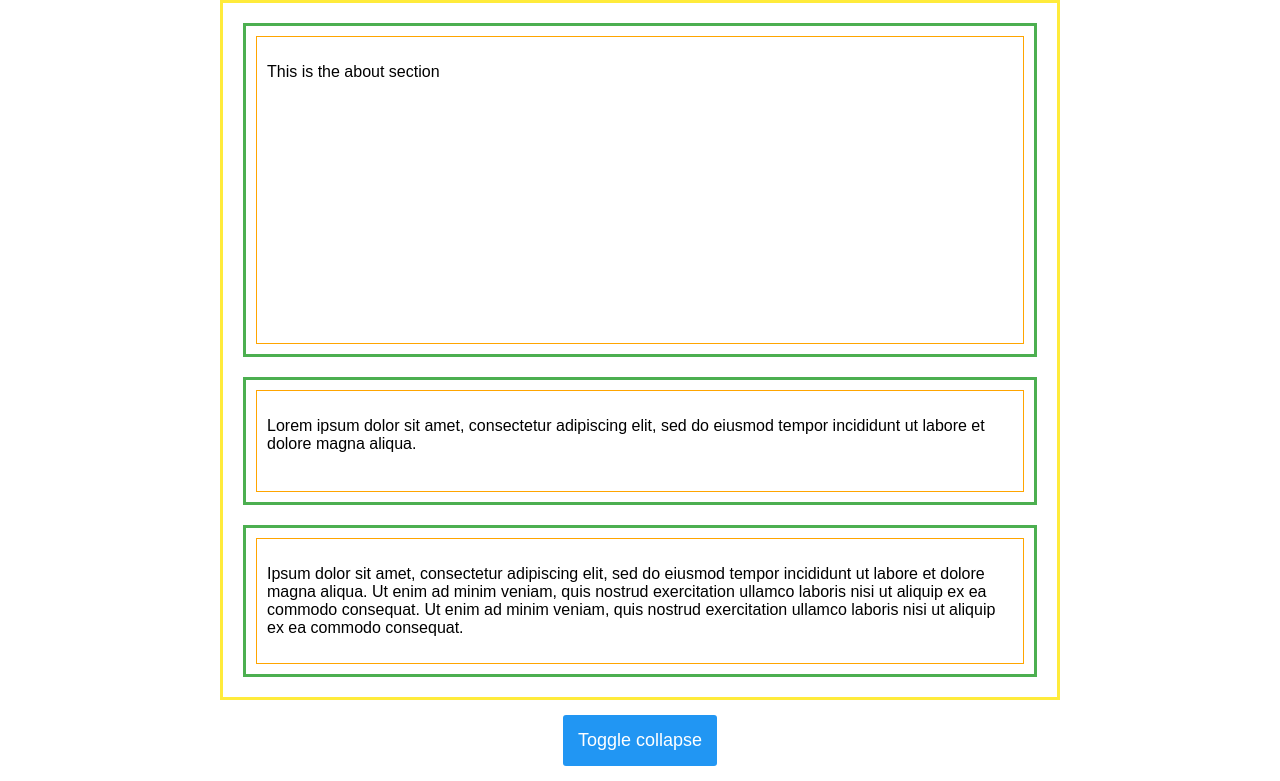
Repository: dsbarnes/groovy-blog
Page: index.html
An editor plug-in stored every save of this project. The page is shown before and after the next save, followed by the edit.
The browser window is 1280 px wide. The pictures show the whole page.
The style sheet was rebuilt from its Sass, Less or Tailwind sources for each picture, by a compiler version that may differ from the author's.

Above is the page before, as saved 2020-05-08 23:50:32.

### index.html
<!DOCTYPE html>
<html lang="en">

<head>
    <meta charset="UTF-8">
    <meta name="viewport" content="width=device-width, initial-scale=1.0">
    <title>Document</title>
    <link rel="stylesheet" href="./CSS/style.css">
</head>

<body>

    <div class="container">
        <!-- Section one -->
        <div class="section-one">
            <div class='double-border'>
                <div id='about-section-text'>
                    <p>This is the about section</p>
                </div>

                <div id='articles-section-text'>
                    <p>Lorem ipsum dolor sit amet, consectetur adipiscing elit,
                        sed do eiusmod tempor incididunt ut labore et dolore magna aliqua.
                        Ut enim ad minim veniam, quis nostrud exercitation ullamco laboris
                        nisi ut aliquip ex ea commodo consequat.</p>
                    <p>Lorem ipsum dolor sit amet, consectetur adipiscing elit,
                        sed do eiusmod tempor incididunt ut labore et dolore magna aliqua.
                        Ut enim ad minim veniam, quis nostrud exercitation ullamco laboris
                        nisi ut aliquip ex ea commodo consequat.</p>
                    <p>Lorem ipsum dolor sit amet, consectetur adipiscing elit,
                        sed do eiusmod tempor incididunt ut labore et dolore magna aliqua.
                        Ut enim ad minim veniam, quis nostrud exercitation ullamco laboris
                        nisi ut aliquip ex ea commodo consequat.</p>
                    <p>Lorem ipsum dolor sit amet, consectetur adipiscing elit,
                        sed do eiusmod tempor incididunt ut labore et dolore magna aliqua.
                        Ut enim ad minim veniam, quis nostrud exercitation ullamco laboris
                        nisi ut aliquip ex ea commodo consequat.</p>
                    <p>Lorem ipsum dolor sit amet, consectetur adipiscing elit,
                        sed do eiusmod tempor incididunt ut labore et dolore magna aliqua.
                        Ut enim ad minim veniam, quis nostrud exercitation ullamco laboris
                        nisi ut aliquip ex ea commodo consequat.</p>
                    <p>Lorem ipsum dolor sit amet, consectetur adipiscing elit,
                        sed do eiusmod tempor incididunt ut labore et dolore magna aliqua.
                        Ut enim ad minim veniam, quis nostrud exercitation ullamco laboris
                        nisi ut aliquip ex ea commodo consequat.</p>
                </div>

            </div>
        </div>

        <!-- Section two -->
        <div class="section-two collapsible">
            <div class='double-border collapsible'>
                <p>Lorem ipsum dolor sit amet, consectetur adipiscing elit, sed do eiusmod tempor incididunt ut labore
                    et
                    dolore
                    magna aliqua.</p>
            </div>
        </div>

        <!-- Section three -->
        <div class="section-three">
            <div class="double-border">
                <p>Ipsum dolor sit amet, consectetur adipiscing elit, sed do eiusmod tempor incididunt ut labore et
                    dolore
                    magna
                    aliqua. Ut enim ad minim veniam, quis nostrud exercitation ullamco laboris nisi ut aliquip ex ea
                    commodo
                    consequat. Ut enim ad minim veniam, quis nostrud exercitation ullamco laboris nisi ut aliquip ex ea
                    commodo
                    consequat.</p>
            </div>
        </div>

    </div><!-- container -->

    <button id="toggle-button">Toggle collapse</button>

    <script src="index.js"></script>
</body>

</html>

### index.js
// Look ma, [very little] Javascript!
document.querySelector('#toggle-button')
    .addEventListener('click',
        function () {
            document.querySelector('.section-two.collapsible')
                .classList.toggle('collapsed');
            document.querySelector('.double-border.collapsible')
                .classList.toggle('collapsed')
        });

### style.scss
// This stuff matters!
.container {
  display:flex;
  flex-direction:column;
  justify-content:flex-start;
  // sadly, we're required to set at least the container height explicitly
  height:700px;
}
.section-one {
  flex:3;
  border:3px solid #4CAF50;
  margin: 10px;
  padding: 10px;
  overflow: hidden;
  .double-border{ overflow: scroll; }
  #articles-section-text{ display: none; }
  // transition: all 0.6s ease;
}
.section-two {
  // note that we're transitioning flex, not height!
  transition:all 0.6s ease;
  transition-property: flex, border, margin, padding;
  border: 3px solid #4CAF50;
  margin: 10px;
  padding: 10px;
  flex: 1;
}
.section-two.collapsed {
  flex: 0;
  border: 0px solid white;
  margin: 0 200px;
  padding: 0 400px;
}
.section-one.collapsed{
  #about-section-text {display: none; }
  #articles-section-text{ display: static; }
}
.section-three{
  margin: 10px;
  padding: 10px;
  border:3px solid #4CAF50;
}
.double-border{
  border: 1px solid orange;
  height: 100%;
  p{padding: 10px;}
}
.double-border.collapsed {
  border: 1px solid white;
}


// This stuff doesn't matter!
* {
  box-sizing:border-box;
}
body {
  margin:0;
  font-family:arial;
}
.container {
  border: 3px solid #FFEB3B;
  margin:0 auto;
  max-width:840px;
  padding: 10px;
}
button {
  display:block;
  font-size:18px;
  border:none;
  border-radius:3px;
  background:#2196F3;
  color:white;
  margin:15px auto;
  padding:15px;
}

After the next save:
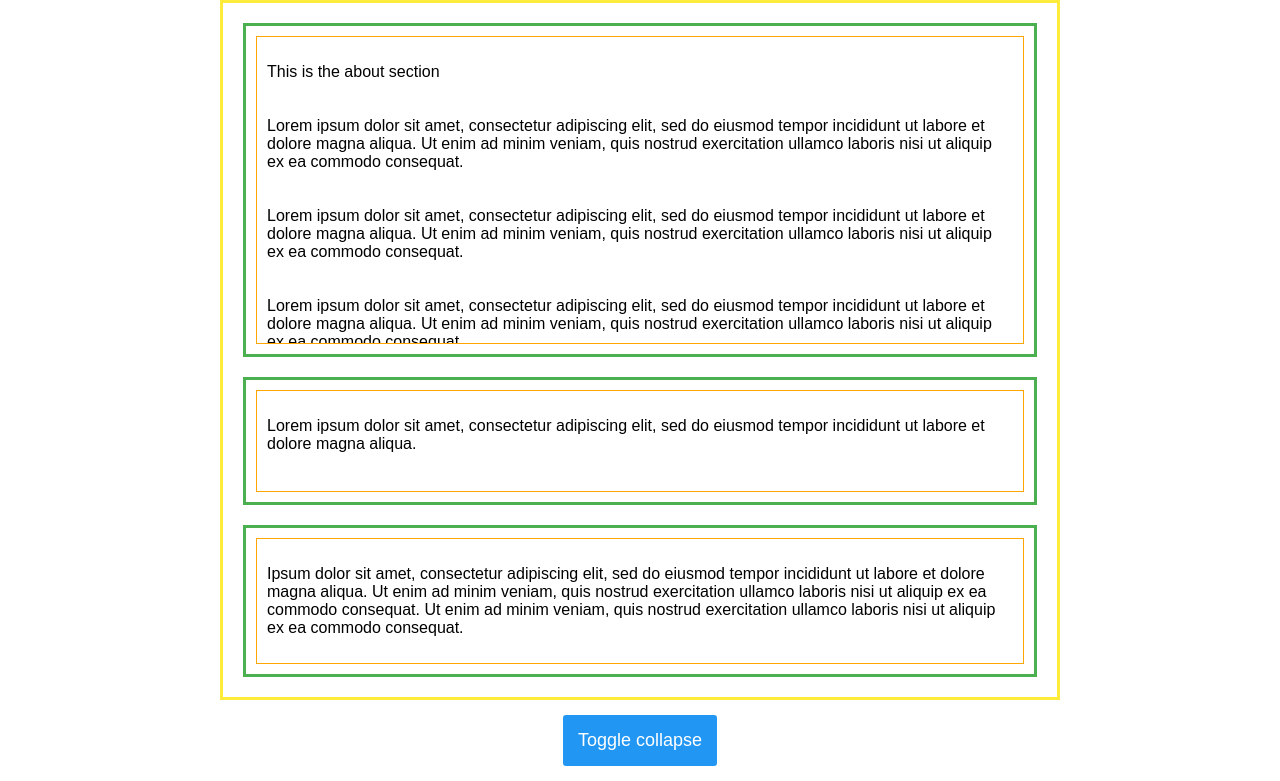
Saved 7 s later.
--- a/style.scss
+++ b/style.scss
@@ -13,7 +13,7 @@
   padding: 10px;
   overflow: hidden;
   .double-border{ overflow: scroll; }
-  #articles-section-text{ display: none; }
+  // #articles-section-text{ display: none; }
   // transition: all 0.6s ease;
 }
 .section-two {

After the 2 saves that followed:
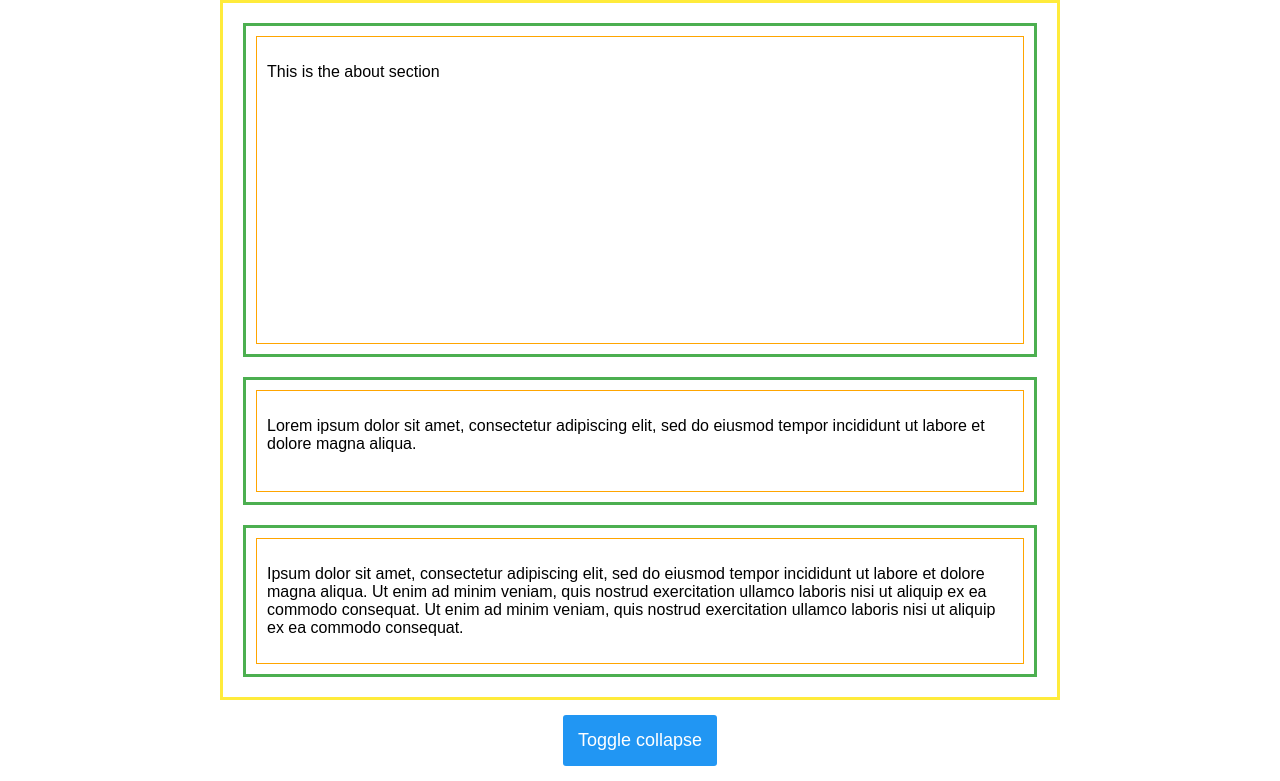
The 2 saves are shown as one change because 1 left the picture as it was.
The last was saved 24 s later.
--- a/style.scss
+++ b/style.scss
@@ -13,27 +13,24 @@
   padding: 10px;
   overflow: hidden;
   .double-border{ overflow: scroll; }
-  // #articles-section-text{ display: none; }
-  // transition: all 0.6s ease;
+  #articles-section-text{ display: none; }
 }
 .section-two {
   // note that we're transitioning flex, not height!
   transition:all 0.6s ease;
   transition-property: flex, border, margin, padding;
   border: 3px solid #4CAF50;
+  flex: 1;
+}
+.section-two {
   margin: 10px;
   padding: 10px;
-  flex: 1;
 }
 .section-two.collapsed {
   flex: 0;
   border: 0px solid white;
   margin: 0 200px;
   padding: 0 400px;
-}
-.section-one.collapsed{
-  #about-section-text {display: none; }
-  #articles-section-text{ display: static; }
 }
 .section-three{
   margin: 10px;
